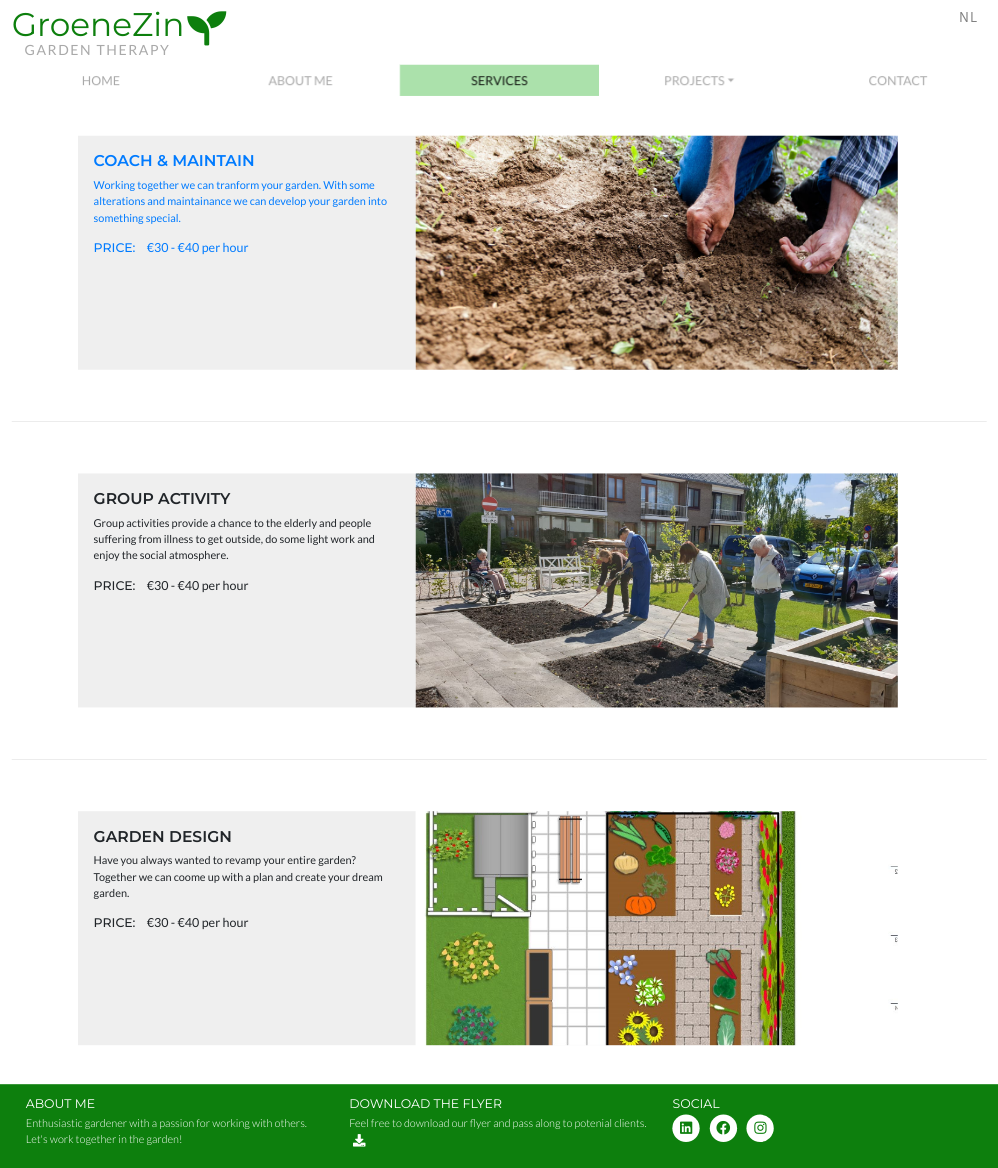
Repository: Sparkplug84/MilestoneProject1
Page: services.html
The author's editor kept a record of every edit. The page is drawn from the files as they stood at one moment, then again after the next edit.
The browser window is 1280 px wide. The pictures show the whole page, at 78% of full size.
Some web libraries are served in a nearby version.

Above is the page before.
Console error: TypeError: Cannot read properties of undefined (reading 'fn')

After the next edit:
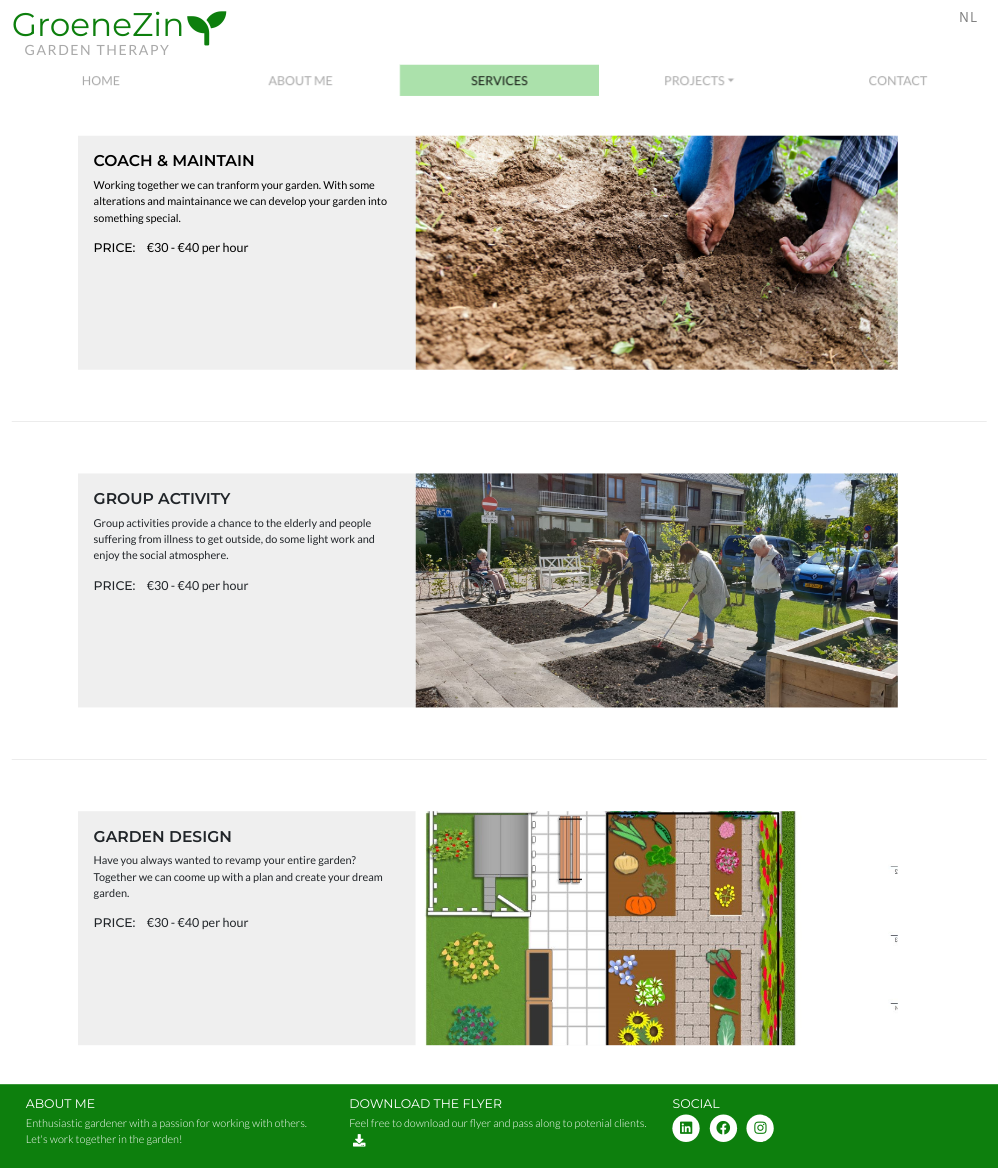
The edit:
--- a/style.css
+++ b/style.css
@@ -422,6 +422,11 @@
     padding-left: 10px;
 }
 
+.coaching-link {
+    text-decoration: none;
+    color: black;
+}
+
 /* --------------------- Mentor & Coach -------------------*/
 
 .coaching-header {

After the edit that followed:
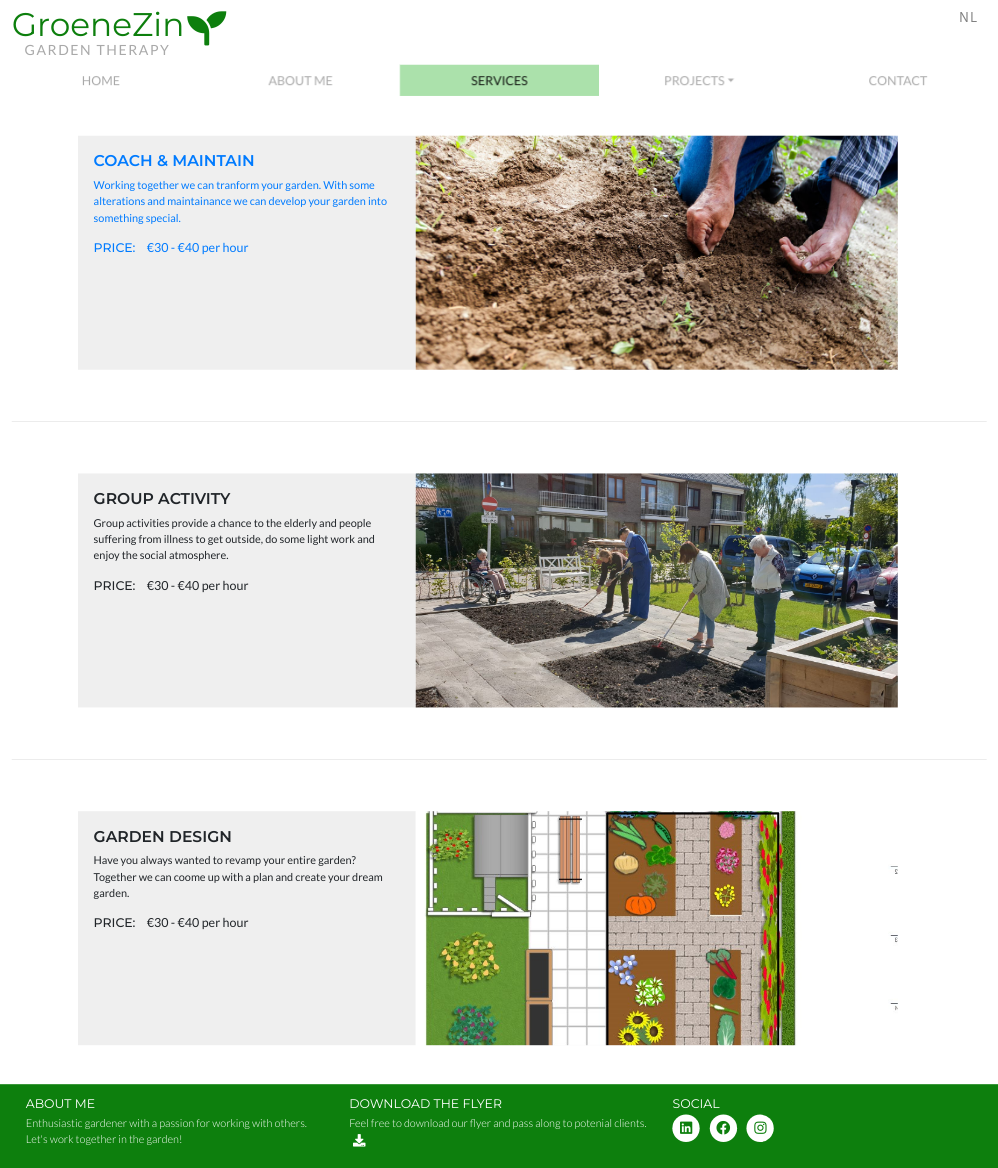
The edit:
--- a/style.css
+++ b/style.css
@@ -422,9 +422,9 @@
     padding-left: 10px;
 }
 
-.coaching-link {
+.coaching-link:hover {
+    color: black;
     text-decoration: none;
-    color: black;
 }
 
 /* --------------------- Mentor & Coach -------------------*/
